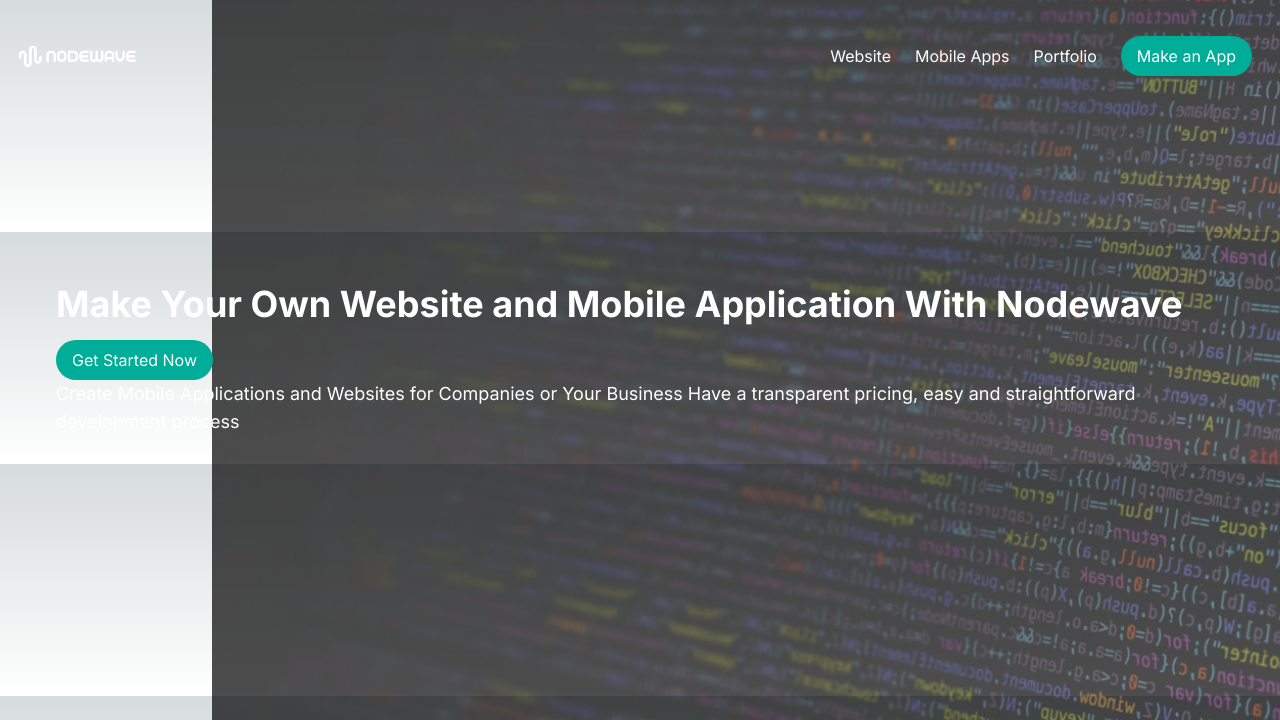
Repository: farrelmuhammad/nodewave
Page: /
The author's editor kept a copy of each file at every save. The page is drawn from the files as they stood at one save, then again after the next save.
The browser window is 1280 px wide. The pictures show the whole page.
The project was rebuilt for these pictures with package versions that can differ from the ones it lists, and the page was loaded fresh each time. The framework's server and built-in components were replaced by stand-ins that run in the browser. Also part of the build but not shown: next.config.js.

Above is the page before, as saved 2023-09-08 13:45:05.

After the next save:
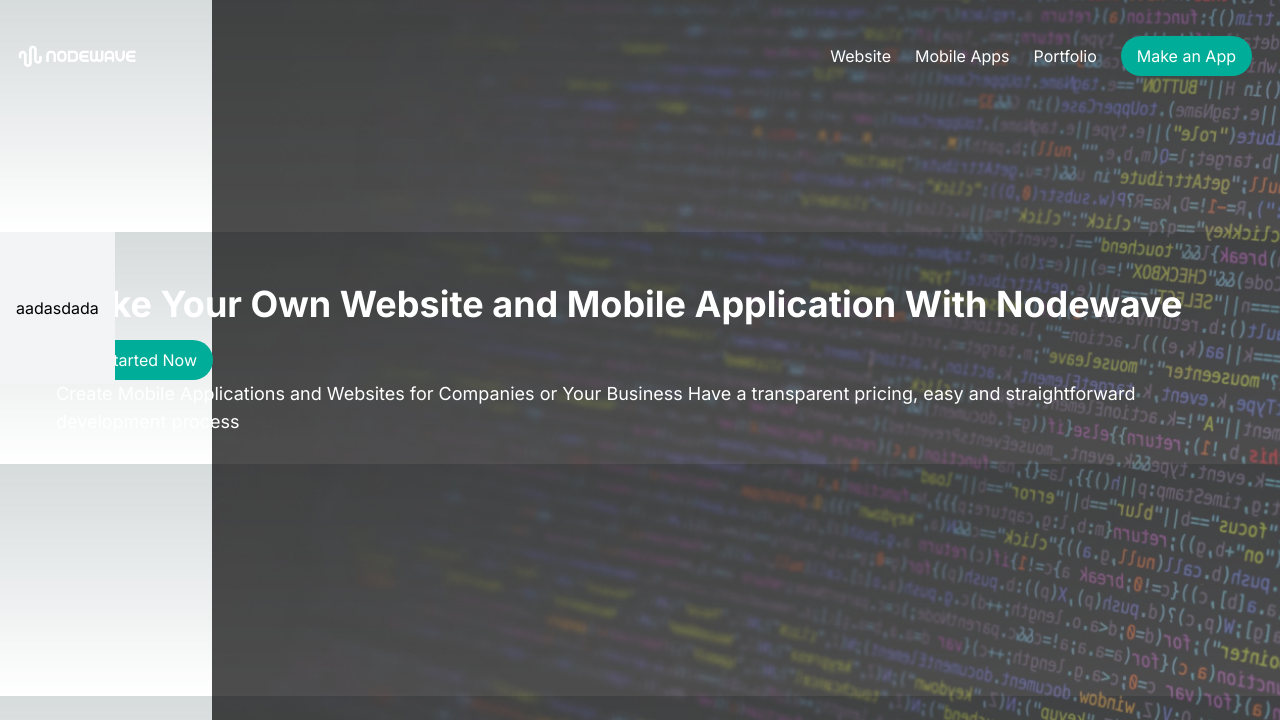
Saved 6 s later.
--- a/src/app/page.js
+++ b/src/app/page.js
@@ -1,13 +1,13 @@
 import Hero from '@/components/Hero'
 import Navbar from '@/components/Navbar'
-// import Product from '@/components/Product'
+import Product from '@/components/Product'
 
 export default function Home() {
   return (
     <>
       <Navbar />
       <Hero />
-      {/* <Product /> */}
+      <Product />
     </>
   )
 }
